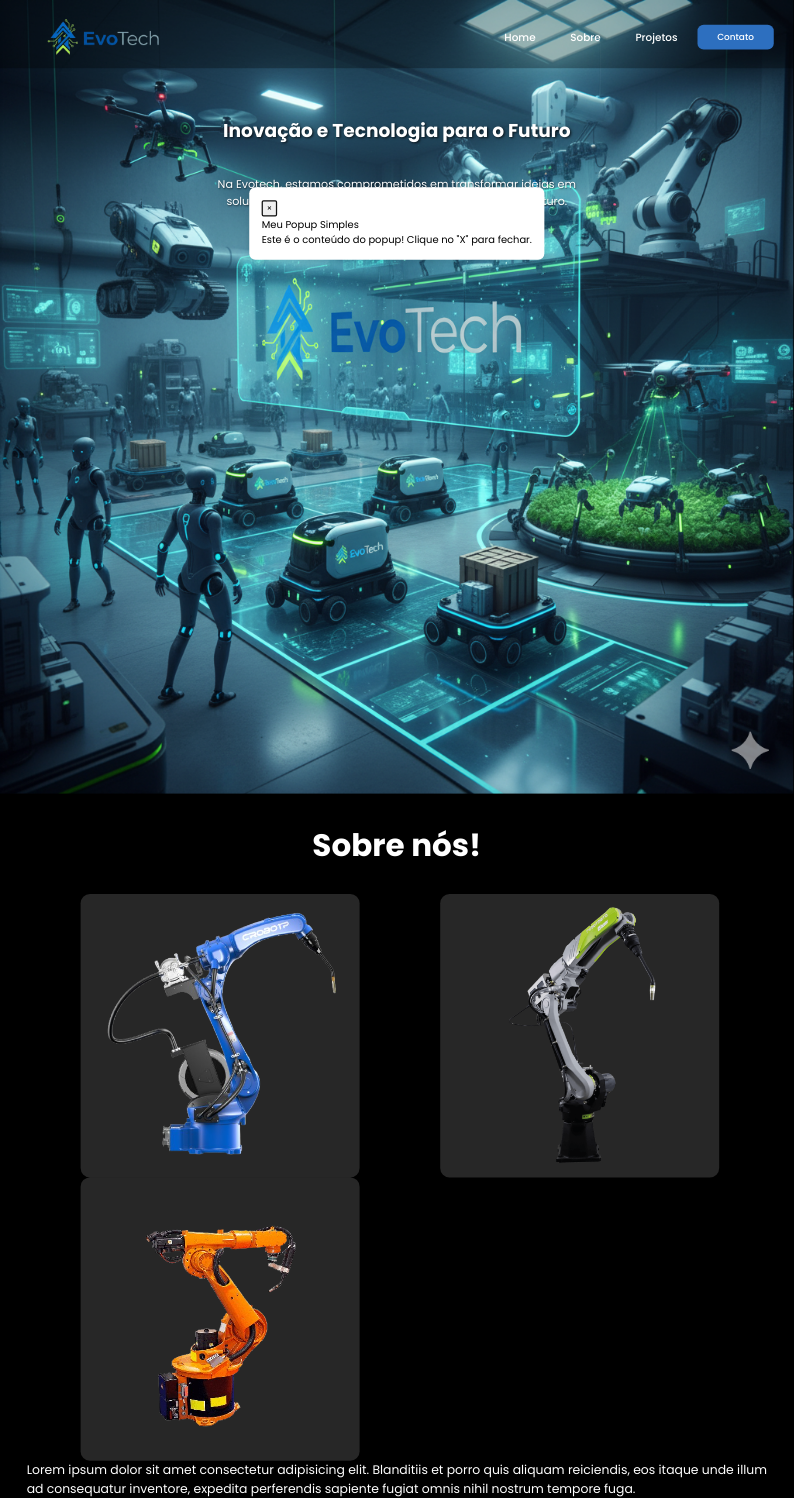
Repository: IsaacDEV10/EvoTech
Page: /, after clicking the first element matching `button.contact-btn`
The author's editor kept a copy of each file at every save. The page is drawn from the files as they stood at one save, then again after the next save.
The browser window is 1280 px wide. The pictures show the whole page, at 62% of full size.
The project was rebuilt for these pictures with package versions that can differ from the ones it lists, and the page was loaded fresh each time. Also part of the build but not shown: vite.config.js, src/App.css.

Above is the page before, as saved 2025-10-23 08:18:10.

### index.html
<!doctype html>
<html lang="en">
  <head>
    <meta charset="UTF-8" />
    <link rel="icon" type="image/svg+xml" href="/vite.svg" />
    <meta name="viewport" content="width=device-width, initial-scale=1.0" />
    <title>startup</title>
  </head>
  <body>
    <div id="root"></div>
    <script type="module" src="/src/main.jsx"></script>
  </body>
</html>

### src/index.css
@import url('https://fonts.googleapis.com/css2?family=Poppins:ital,wght@0,100;0,200;0,300;0,400;0,500;0,600;0,700;0,800;0,900;1,100;1,200;1,300;1,400;1,500;1,600;1,700;1,800;1,900&display=swap');

* {
  font-family: "poppins", sans-serif;
  margin: 0;
  box-sizing: border-box;
}

body {
  background: black ;

}

### src/App.jsx
import React from 'react';
import './App.css';
import Header from './components/Header/header';
import Hero from './components/Hero/hero';
import About from './components/About/about';




const App = () => {
  return (
    <>
      <Header />
      <Hero />
      <About/>

    </>
  );
}

export default App;

### src/components/Header/header.jsx
import React from 'react'
import './header.css'
import logo from '../../assets/evotech.png'
import Contact from '../Contact/contact'


const Header = () => {
  return (
    <nav className='nav-wrapper'>
        <div className='nav-content'>
            <img className='logo' src={logo} alt="" />
            <ul>
                <li>
                    <a className='menu-item' href="">Home</a>
                </li>

                <li>
                    <a className='menu-item' href="">Sobre</a>
                </li>

                <li>
                    <a className='menu-item' href="">Projetos</a>
                </li>
                <Contact/>
            </ul>
        </div>
    </nav>
  )
}

export default Header

### src/components/Hero/hero.jsx
import React from "react";
import "./hero.css";
import heroImage from "../../assets/bg-evotech.png";

const Hero = () => {
  return (
    <section className="hero-container" id="home">
        <div className="hero-content">
            <img className="img-bg" src={heroImage} alt="hero" />
        </div>
        <div className="description">
            <h1>
                Inovação e Tecnologia para o Futuro
            </h1>
            <p>
                Na Evotech, estamos comprometidos em transformar ideias em soluções tecnológicas inovadoras que impulsionam o futuro. Junte-se a nós nessa jornada de inovação!
            </p>
        </div>
    </section>
  );
};

export default Hero;

### src/components/About/about.jsx
import React from "react";
import "./about.css";
import Robo1 from "../../assets/robo-1.png"
import Robo2 from "../../assets/robo-2.png"
import Robo3 from "../../assets/robo-3.png"

const About = () => {
    return (
        <section className="about-container" id="home">
            <div className="about-content">
                <h1>
                    Sobre nós!
                </h1>
                <div className="img-about">
                    <img src={Robo1} alt="robo" />
                </div>
                <div className="img-about">
                    <img src={Robo2} alt="robo" />
                </div>
                <div className="img-about">
                    <img src={Robo3} alt="robo" />
                </div>
                <div className="about-body">
                    <p>
                        Lorem ipsum dolor sit amet consectetur adipisicing elit. Blanditiis et porro quis aliquam reiciendis, eos itaque unde illum <br />ad consequatur inventore, expedita perferendis sapiente fugiat omnis nihil nostrum tempore fuga.
                    </p>
                </div>
            </div>
        </section>
    );
};

export default About;

### src/components/Header/header.css
.nav-wrapper {
    width: 100%;
    height: 110px;
    background-color: rgba(0, 0, 0, 0.293);
    padding: 5px;
    position: fixed;
    top: 0;
    z-index: 30;
}

.nav-content {
    max-width: 1850px;
    height: 120px;
    display: flex;
    align-items: center;
    justify-content: space-between;

}

.logo {
    width: 270px;
    height: auto;
}

.nav-content ul {
    display: flex;
    align-items: center;
    gap: 0.5rem;
    list-style: none;
}

.nav-content li {
    margin: 0 1.5rem;
}

.menu-item {
    text-decoration: none;
    font-size: 1.05rem;
    font-weight: 500;
    color: #ffff;
    position: relative;
    cursor: pointer;

}

.menu-item::before {
    content: " ";
    width: 2rem;
    height: 0.2rem;
    background: #2D6FBF;
    border-radius: 10px;
    position: absolute;
    bottom: -0.6rem;
    opacity: 0;
    transform: translateX(-1.5rem);
    transition: all 0.3s ease;
}

.menu-item:hover::before {
    width: 100%;
    transform: translateX(0);
    opacity: 1;
}

.contact-btn {
    font-size: 0.9rem;
    font-weight: 500;
    display: flex;
    align-items: center;
    justify-content: center;
    color: #fff;
    background:#2D6FBF;
    padding: 0.6rem 2rem;
    border: none;
    outline: 1.5px solid transparent;
    border-radius: 10px;
    cursor: pointer;
    transition: all 0.3s ease;
}

.contact-btn a {
    text-decoration: none;
    color: #fff;
}

.contact-btn:hover {
    color: black;
    background: #76F014;
    outline: 1.5px solid black;
}

.menu-btn {
    width: 2.5rem;
    height: 2.5rem;
    font-size: 1.5rem;
    display: flex;
    align-items: center;
    justify-content: center;
    color: #fff;
    border: none;
    border-radius: 0.4rem;
    background: linear-gradient(90deg, #6791fb 0%, #1e25ac 100%);
    line-height: 0;
    cursor: pointer;
    transition: all 0.4s ease;
    display: none;
}

.menu-btn:hover {
    color: #6791fb;
    background: #76F014;
    border: 1px solid transparent;
}

@media (max-width: 425px) {
    .logo {
        width: 100px;
        height: auto;
    }
    .nav-content ul {
        display: none;
        width: 100px;
    }
}

@media (max-width: 769px) {
    .menu-btn {
        display: block;
    }

    .nav-content ul {
        display: none;
        width: 100px;
    }
}

@media (max-width: 1325px) {
    .nav-wrapper {
        padding: 0 2rem;
    }
}

### src/components/Contact/contact.jsx
import React from 'react';
import Popup from 'reactjs-popup';
import './contact.css'

const Contact = () => (
  <Popup
    trigger={<button className="contact-btn"> Contato </button>}
    position="right center" // Posição onde o popup aparece
    modal // Faz com que ele se comporte como um modal (ocupa a tela toda)
  >
    {close => ( // O "close" é uma função para fechar o popup programaticamente
      <div className="modal">
        <button className="close" onClick={close}>
          &times;
        </button>
        <div className="header"> Meu Popup Simples </div>
        <div className="content">
          {' '}
          Este é o conteúdo do popup! Clique no "X" para fechar.
        </div>
      </div>
    )}
  </Popup>
);

export default Contact;

### src/components/Hero/hero.css
.hero-container {
    height: auto;
    width: 100%;
    position: relative;
    overflow: hidden;
}

.img-bg {
    width: 100%;
    height: 100%;
    object-fit: cover;
}

.description {
    position: absolute;
    top: 20%;
    left: 50%;
    transform: translate(-50%, -50%);
    display: flex;
    align-items: center;
    justify-content: center;
    flex-direction: column;
    color: #fff;
}

.description h1 {
    font-size: 30px;
    text-align: center;
    text-shadow: 2px 2px 4px rgba(0, 0, 0, 0.7);
}

.description p {
    font-size: 18px;
    margin-top: 10px;
    text-align: center;
    max-width: 600px;
    text-shadow: 1px 1px 3px rgba(0, 0, 0, 0.6);
}

### src/components/About/about.css

.about-container {
     height: auto;
    width: 100%;
    position: relative;
    overflow: hidden;
}

.about-body {
    display: flex;
    align-items: center;
    justify-content: center;
    flex-direction: column;
    color: #fff;
}

h1 {
    color: #ffff;
    font-size: 50px;
    display: flex;
    justify-content: center;
    margin-top: 40px;
    margin-bottom: 40px;

}

p {
    color: #ffff;
    font-size: 20px;
}

.img-about {
    display: inline-block;
    justify-content: space-between;
    margin-left: 130px;
    background-color: #ffffff27;
    border-radius: 15px;


}
.img-about img {
    width: 450px;
    height: 450px;
}

### src/components/Contact/contact.css
.contact-btn {
    font-size: 0.9rem;
    font-weight: 500;
    display: flex;
    align-items: center;
    justify-content: center;
    color: #fff;
    background:#2D6FBF;
    padding: 0.6rem 2rem;
    border: none;
    outline: 1.5px solid transparent;
    border-radius: 10px;
    cursor: pointer;
    transition: all 0.3s ease;
}

.contact-btn a {
    text-decoration: none;
    color: #fff;
}

.contact-btn:hover {
    color: black;
    background: #76F014;
    outline: 1.5px solid black;
}

.modal {
    background-color: #fff;
    padding: 20px;
    border-radius: 10px;
    box-shadow: 0 2px 10px rgba(0, 0, 0, 0.1);
}

Loaded but not shown: src/main.jsx (common file)

After the next save:
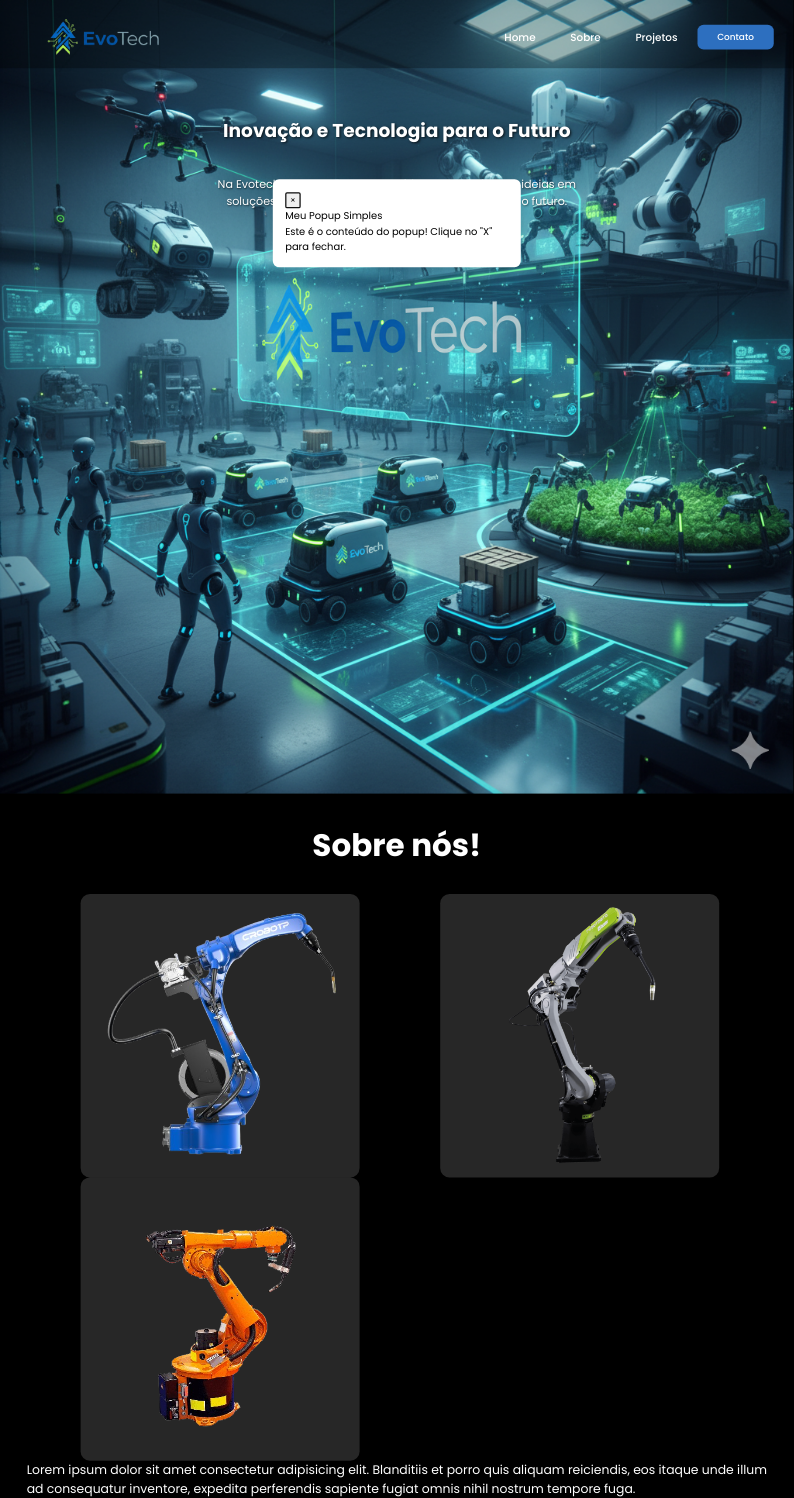
Saved 15 s later.
--- a/src/components/Contact/contact.css
+++ b/src/components/Contact/contact.css
@@ -27,6 +27,8 @@
 
 .modal {
     background-color: #fff;
+    width: 400px;
+    height: auto;
     padding: 20px;
     border-radius: 10px;
     box-shadow: 0 2px 10px rgba(0, 0, 0, 0.1);
